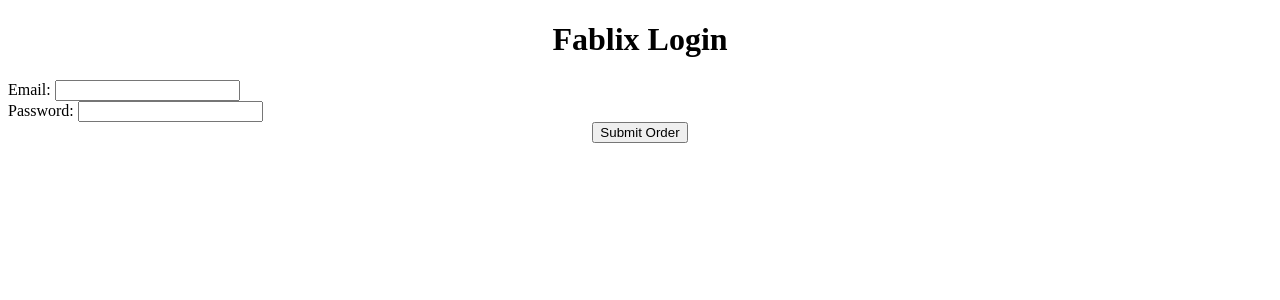
Repository: xzou4/CS221b
Page: fablix/WebContent/login.html
An editor plug-in stored every save of this project. The page is shown before and after the next save, followed by the edit.
The browser window is 1280 px wide. The pictures show the whole page.

Above is the page before, as saved 2017-02-08 18:54:58.

After the next save:
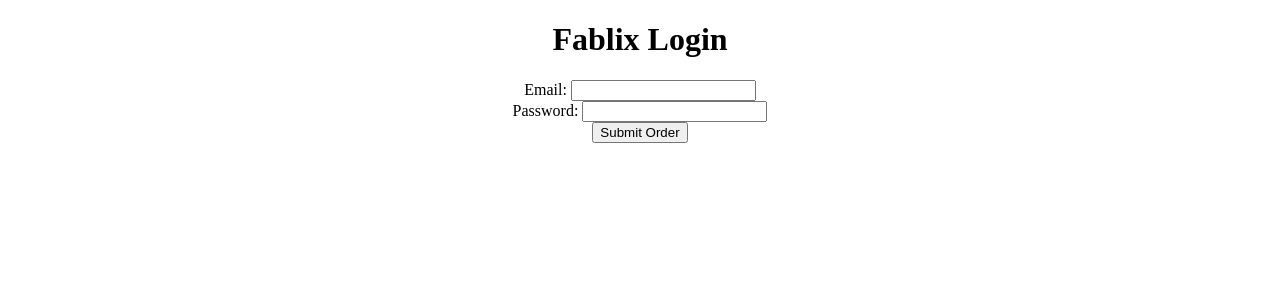
Saved 46 s later.
--- a/fablix/WebContent/login.html
+++ b/fablix/WebContent/login.html
@@ -9,10 +9,11 @@
 
 <FORM ACTION="login"
       METHOD="POST">
+      <CENTER>
   Email: <INPUT TYPE="TEXT" NAME="email"><BR>
 
   Password: <INPUT TYPE="PASSWORD" NAME="password"><BR>
-  <CENTER>
+
     <INPUT TYPE="SUBMIT" VALUE="Submit Order">
   </CENTER>
 </FORM>
